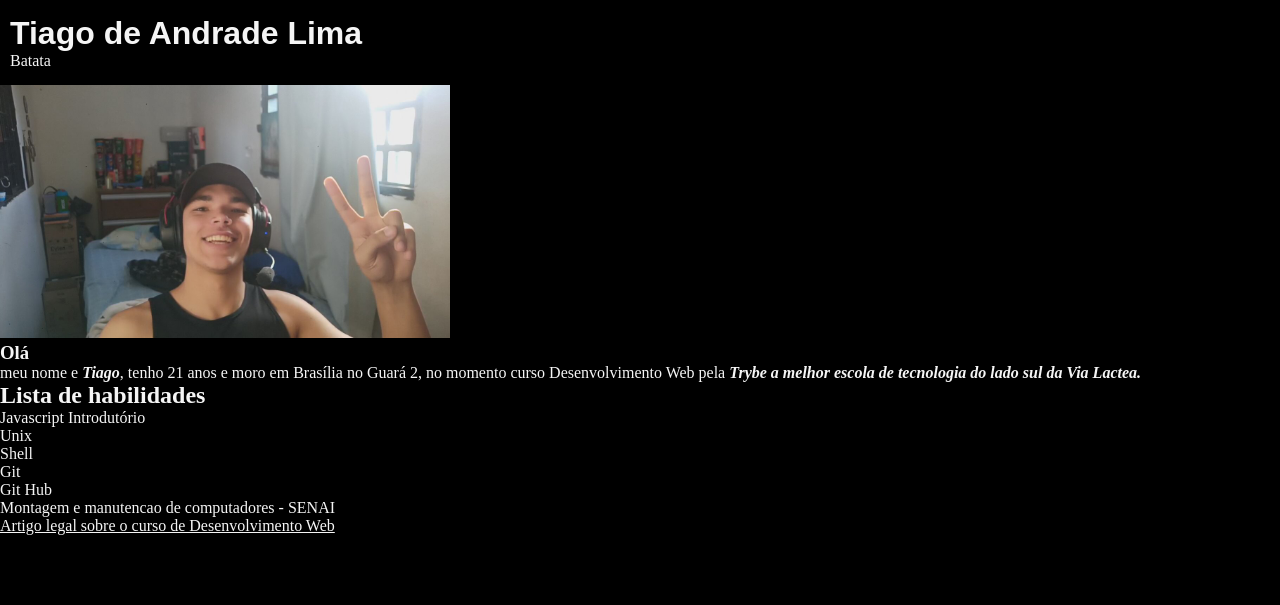
Repository: Batatiago/Batatiago.github.io
Page: index.html
An editor plug-in stored every save of this project. The page is shown before and after the next save, followed by the edit.
The browser window is 1280 px wide. The pictures show the whole page.

Above is the page before, as saved 2023-06-29 09:52:27.

### index.html
<!DOCTYPE html>
<html lang="pt-br">

<head>
  <meta charset="UTF-8">
  <title>Tiago de Andrade Lima</title>
  <link rel="preconnect" href="https://fonts.googleapis.com">
  <link rel="preconnect" href="https://fonts.gstatic.com" crossorigin>
  <link href="https://fonts.googleapis.com/css2?family=Montserrat:ital,wght@0,100;0,200;0,300;0,400;0,500;0,600;0,700;0,800;0,900;1,100;1,200;1,300;1,400;1,500;1,600;1,700;1,800;1,900&display=swap"
    rel="stylesheet">
  <link rel="stylesheet" href="style.css">
</head>

<body>
  <div class="header">
    <h1 class="meuNome"> Tiago de Andrade Lima</h1>
    <p>Batata</p>
  </div>
  <div>
    <img src="2023-06-23-160707.jpg" alt="Imagem de Tiago" id="foto" width="450px">
    <h3>Olá</h3>
    <p class="descricao"> meu nome e <strong><em>Tiago</em></strong>, tenho 21 anos e moro em Brasília no Guará 2, no
      momento curso Desenvolvimento
      Web pela <strong><em>Trybe a melhor escola de tecnologia do lado sul da Via Lactea.</em></strong></p>
  </div>
  <div>
    <h2>Lista de habilidades</h2>
    <ul>
      <li class="javascript">Javascript Introdutório</li>
      <li class="unix">Unix</li>
      <li class="shell">Shell</li>
      <li class="git">Git</li>
      <li class="gitHub">Git Hub</li>
      <li>Montagem e manutencao de computadores - SENAI</li>
    </ul>
  </div>
  <a href="https://blog.betrybe.com/carreira/frontend/" target="_blank">Artigo legal sobre o curso de Desenvolvimento
    Web</a>
</body>

</html>

### style.css
* {
    background-color: black;
    margin: 0;
    padding: 0;
    color: whitesmoke;
}

.header {
    text-align: auto;
    padding: 15px 10px;
}

.meuNome {
    font-family: sans-serif;
}

After the next save:
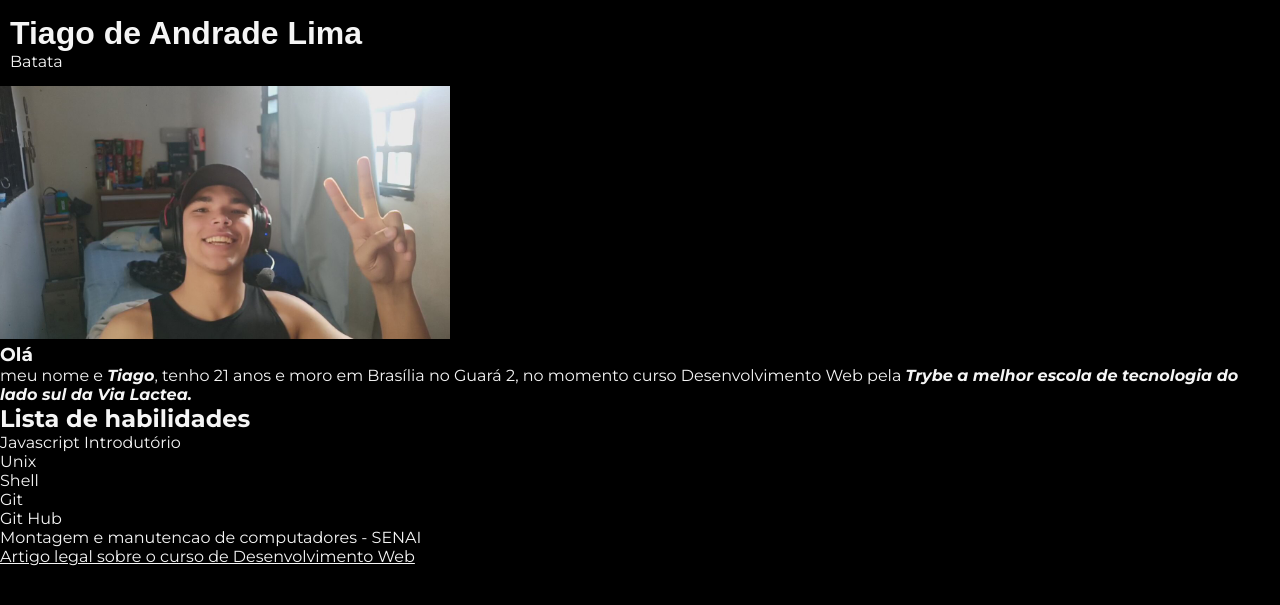
Saved 77 s later.
--- a/style.css
+++ b/style.css
@@ -5,6 +5,9 @@
     color: whitesmoke;
 }
 
+body{
+    font-family: 'Montserrat', sans-serif;
+}
 .header {
     text-align: auto;
     padding: 15px 10px;
